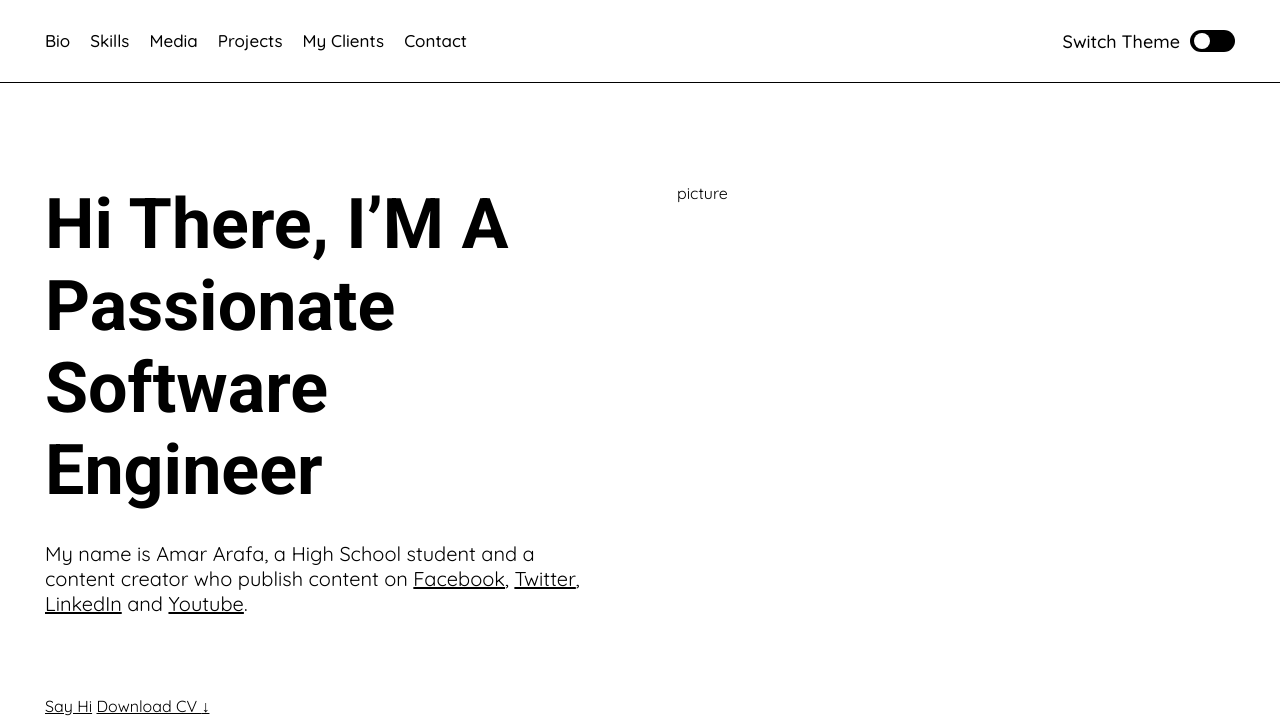
Repository: benarafa1/personal-website
Page: index.html
These files come from the project's save history. The page is drawn as it stood at one moment and after the next save; the edit follows.
The browser window is 1280 px wide. The pictures show the whole page.

Above is the page before, as saved 2025-04-12 07:43:24.

### index.html
<!DOCTYPE html>
<html lang="en">
  <head>
    <meta charset="UTF-8" />
    <meta name="viewport" content="width=device-width, initial-scale=1.0" />
    <link rel="preconnect" href="https://fonts.googleapis.com" />
    <link rel="preconnect" href="https://fonts.gstatic.com" crossorigin />
    <link rel="preconnect" href="https://fonts.googleapis.com" />
    <link rel="preconnect" href="https://fonts.gstatic.com" crossorigin />
    <link
      href="https://fonts.googleapis.com/css2?family=Quicksand:wght@300..700&family=Roboto:ital,wght@0,100;0,300;0,400;0,500;0,700;0,900;1,100;1,300;1,400;1,500;1,700;1,900&display=swap"
      rel="stylesheet"
    />

    <link rel="stylesheet" href="style.css" />
    <title>Amar Arafa</title>
  </head>

  <body>
    <div class="container">
      <header class="header">
        <nav class="navigation">
          <ul class="navigation__list">
            <li><a class="navigation__link" href="#">Bio</a></li>
            <li><a class="navigation__link" href="#">Skills</a></li>
            <li><a class="navigation__link" href="#">Media</a></li>
            <li><a class="navigation__link" href="#">Projects</a></li>
            <li><a class="navigation__link" href="#">My Clients</a></li>
            <li><a class="navigation__link" href="#">Contact</a></li>
          </ul>
        </nav>
        <div class="toggle">
          <h3 class="toggle__title">Switch Theme</h3>
          <input
            type="checkbox"
            name="toggle__checkbox"
            id="checkbox"
            class="toggle__checkbox"
          />
          <label for="checkbox" class="toggle__label"></label>
        </div>
      </header>
      <section class="bio section">
        <div class="bio__data-part">
          <h1 class="bio__heading">
            Hi There, I’M A Passionate Software Engineer
          </h1>
          <p class="bio__objective">
            My name is <span class="bio__name">Amar Arafa</span>, a High School
            student and a content creator who publish content on
            <a href="#" class="bio__Facebook">Facebook</a>,
            <a href="#" class="bio__Twitter">Twitter</a>,
            <a href="#" class="bio__LinkedIn">LinkedIn</a> and
            <a href="#" class="bio__Youtube">Youtube</a>.
          </p>
          <a href="#" class="bio__links say-hi-link">Say Hi</a>
          <a href="#" class="bio__links download-cv-link"
            >Download CV <span class="bio__arrow">↓</span></a
          >
        </div>
        <div class="bio__pic-part">picture</div>
      </section>
    </div>
  </body>
</html>

### style.css
:root {
  --container-width: 119rem;
  --gutter: 2rem;
  --color-black: #000;
  --color-white: #fff;
  --color-blue: #2374e1;
  --color-light-blue: #1d9bf0;
  --color-dark-blue: #0a66c2;
  --color-darker-blue: #143ce8;
  --color-red: #ff0000;
  --color-green: #03a696;
  --color-grey: #f6f6f6;
  --color-dark-green: #42959b;
  --color-background: var(--color-white);
  --color-text: var(--color-black);
  --color-box-img: var(--color-black);
  --color-link-bg: var(--color-black);
  --color-input-border: var(--color-black);
  --font-family-Roboto: "Roboto", sans-serif;
  --font-family-Quicksand: "Quicksand", sans-serif;
  --font-weight-regular: 400;
  --font-weight-medium: 500;
  --font-weight-semi-bold: 600;
  --font-weight-bold: 700;
  --font-size-70: 7rem;
  --font-size-65: 6.5rem;
  --font-size-40: 4rem;
  --font-size-38: 3.8rem;
  --font-size-24: 2.4rem;
  --font-size-22: 2.2rem;
  --font-size-20: 2rem;
  --font-size-18: 1.8rem;
  --font-size-15: 1.5rem;
  --transition-timing: 0.3s;
}

/* start CSS Reset */
*,
*::before,
*::after {
  box-sizing: border-box;
  margin: 0;
  padding: 0;
  font: inherit;
}

a {
  color: inherit;
  display: inline-block;
}

button {
  background-color: transparent;
  border: none;
  cursor: pointer;
}

ul,
ol {
  list-style: none;
}
/* end CSS Reset */

body {
  font-size: 1.6rem;
  font-family: var(--font-family-Quicksand);
}

html {
  font-size: 62.5%;
  scroll-behavior: smooth;
  scroll-padding-top: 11rem;
}

.container {
  margin: 0 auto;
  width: var(--container-width);
}

.navigation__list {
  display: flex;
  gap: 2rem;
}
.navigation__link:link,
.navigation__link:visited {
  font-weight: var(--font-weight-medium);
  text-decoration: none;
  font-size: 1.7rem;
}

.navigation__link:hover,
.navigation__link:active {
  text-decoration: underline;
}

.header {
  position: relative;
  padding: 3rem 0;
  display: flex;
  justify-content: center;
}
.header::before {
  content: "";
  position: absolute;
  height: 100%;
  width: 100vw;
  top: 0;
  z-index: -1;
  border-bottom: 0.1rem solid var(--color-input-border);
}

/* toggle start */
.toggle {
  display: flex;
  gap: 1rem;
  margin-left: auto;
}
.toggle__title {
  font-weight: var(--font-weight-medium);
  font-size: var(--font-size-18);
}
.toggle__checkbox {
  display: none;
}

.toggle__label {
  display: block;
  width: 4.5rem;
  height: 2.2rem;
  border-radius: 1.5rem;
  background-color: var(--color-black);
  cursor: pointer;
  padding: 0.3rem 0.4rem;
  transition: var(--transition-timing);
}

.toggle__label::before {
  content: "";
  display: block;
  width: 1.6rem;
  height: 1.6rem;
  border-radius: 50%;
  background-color: var(--color-white);
  transition: var(--transition-timing);
}

.toggle__checkbox:checked + .toggle__label {
  background-color: var(--color-white);
}
.toggle__checkbox:checked + .toggle__label::before {
  background-color: var(--color-black);
  transform: translateX(2.1rem);
}
/* toggle end */
.section {
  display: grid;
  align-items: start;
}
/* bio component start */
.bio {
  margin-top: 10rem;
  grid-template-columns: repeat(2, 1fr);
  gap: 7.4rem;
}

.bio__heading {
  font-family: var(--font-family-Roboto);
  font-size: var(--font-size-70);
  font-weight: var(--font-weight-bold);
}
.bio__objective {
  font-weight: var(--font-weight-regular);
  font-size: var(--font-size-20);
  margin: 3rem 0 8rem;
}
.bio__name {
}
/* bio component end */

After the next save:
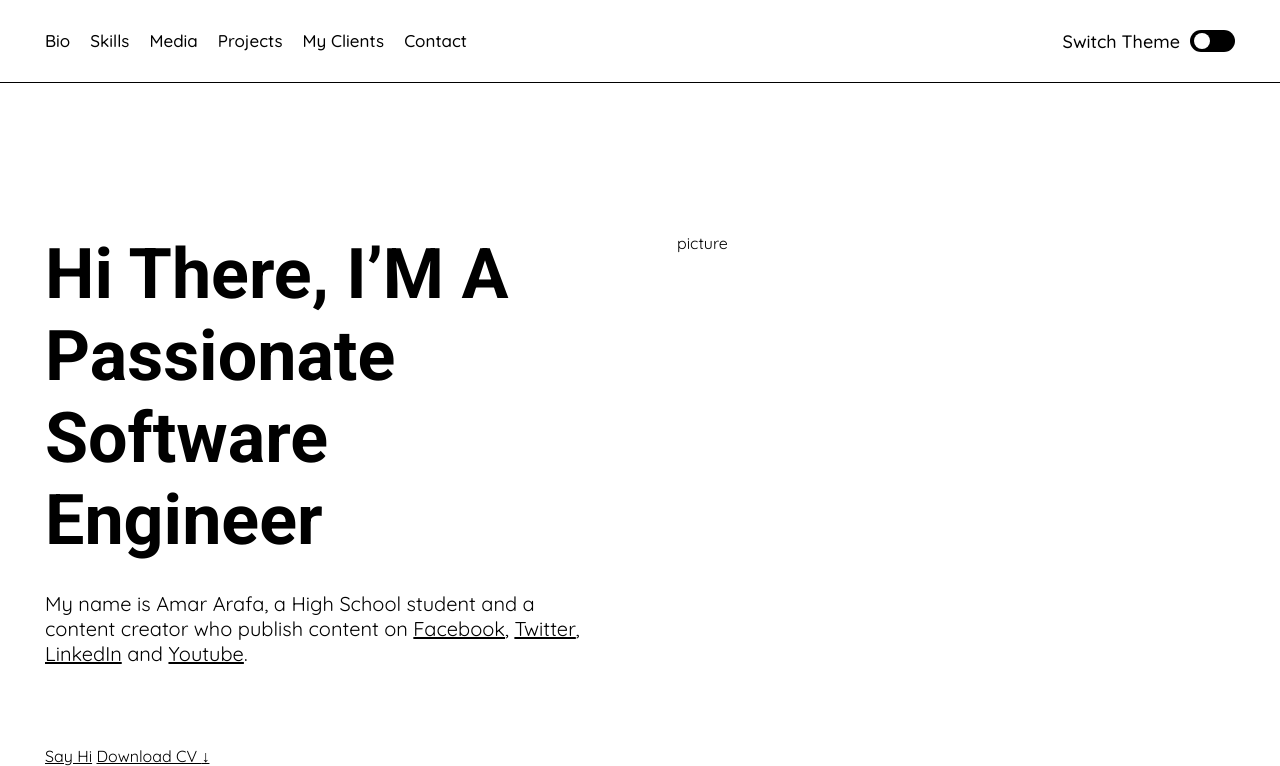
Saved 11 s later.
--- a/style.css
+++ b/style.css
@@ -158,7 +158,7 @@ html {
 }
 /* bio component start */
 .bio {
-  margin-top: 10rem;
+  margin-top: 15rem;
   grid-template-columns: repeat(2, 1fr);
   gap: 7.4rem;
 }
